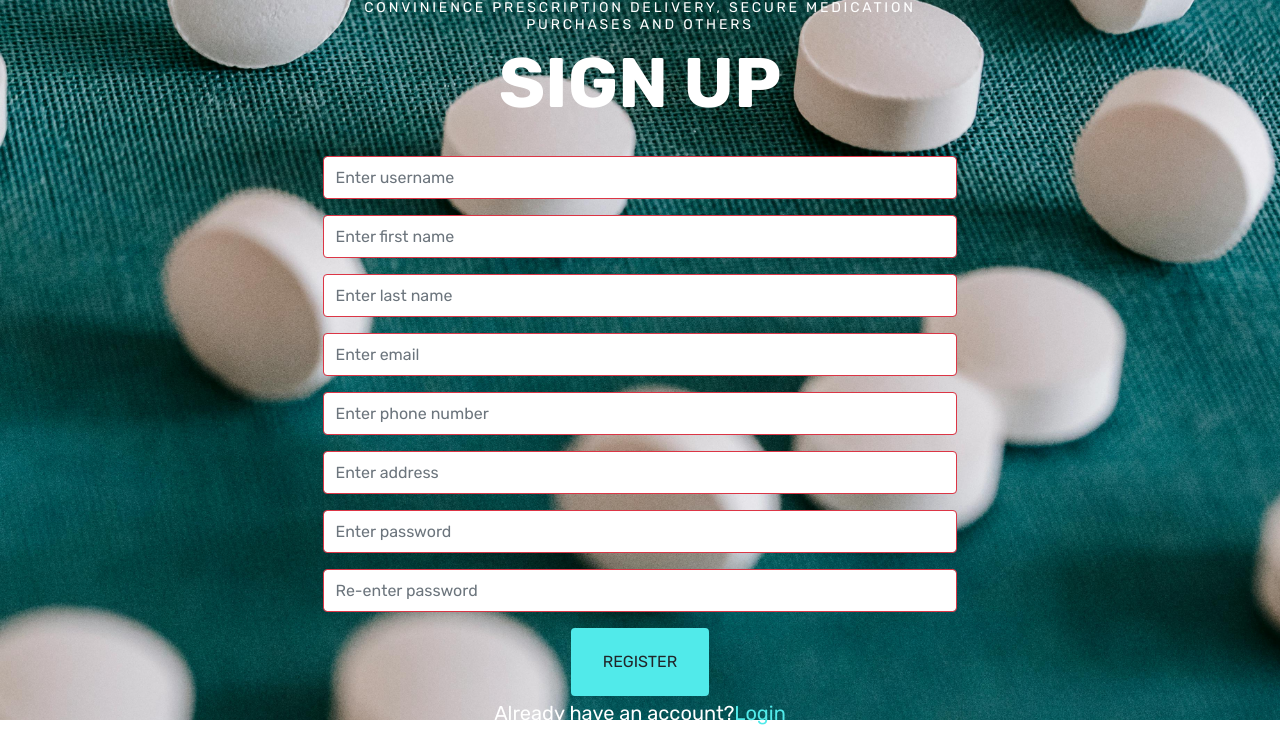
Repository: Argivist/Web-Doctor
Page: http://localhost/login/register.php
These files come from the project's save history. The page is drawn as it stood at one moment and after the next save; the edit follows.
The browser window is 1280 px wide. The pictures show the whole page.
Some web fonts or font styles are not loaded; a fallback is used. The page is run by PHP 8.4 with error messages shown; the project is at /var/www/html/.

Above is the page before, as saved 2024-02-18 18:48:14.

### login/register.php
<!DOCTYPE html>
<html lang="en">

<head>
    <meta charset="UTF-8">
    <meta name="viewport" content="width=device-width, initial-scale=1.0">
    <title>Document</title>
    <link href="https://fonts.googleapis.com/css?family=Rubik:400,700|Crimson+Text:400,400i" rel="stylesheet">
    <link rel="stylesheet" href="fonts/icomoon/style.css">
    <link rel="stylesheet" href="../css/bootstrap.min.css">
    <link rel="stylesheet" href="../css/magnific-popup.css">
    <link rel="stylesheet" href="../css/jquery-ui.css">
    <link rel="stylesheet" href="../css/owl.carousel.min.css">
    <link rel="stylesheet" href="../css/owl.theme.default.min.css">
    <link rel="stylesheet" href="../css/style.css">
    <link rel="stylesheet" href="../css/aos.css">
</head>

<body>
    <div class="site-wrap justify-content-center">

        <div class="site-blocks-cover" style="background-image: url('../img/background/pharmacy_1.jpg');">
            <div class="container">
                <div class="row">
                    <div class="col-lg-7 mx-auto order-lg-2 align-self-center">
                        <div class="site-block-cover-content text-center">
                            <h2 class="sub-title"><?php if (isset($_GET['error'])) {
                                                        echo $_GET['error'];
                                                    } else {
                                                        echo "Convinience Prescription Delivery, Secure Medication Purchases and others";
                                                    } ?></h2>
                            <h1>Sign Up</h1>
                            <form action="../actions/login_user.php" method="POST" class="was-validated">
                                <div class="mb-3 mt-3 ">
                                    <input type="text" class="form-control" id="uname" placeholder="Enter username" name="uname" required>
                                </div>
                                <div class="mb-3">
                                    <!--firstname-->
                                    <input type="text" class="form-control" id="fname" placeholder="Enter first name" name="fname" required>
                                </div>
                                <div class="mb-3">
                                    <input type="text" class="form-control" id="lname" placeholder="Enter last name" name="lname" required>
                                </div>
                                <div class="mb-3">
                                    <input type="email" class="form-control" id="email" placeholder="Enter email" name="email" required>
                                </div>
                                <div class="mb-3">
                                    <input type="text" class="form-control" id="phone" placeholder="Enter phone number" name="phone" required>
                                </div>
                                <div class="mb-3">
                                    <input type="text" class="form-control" id="address" placeholder="Enter address" name="address" required>
                                </div>
                                <div class="mb-3">
                                    <input type="password" class="form-control" id="pwd" placeholder="Enter password" name="passwd" required>
                                </div>
                                <div class="mb-3">
                                    <input type="password" class="form-control" id="pwd" placeholder="Re-enter password" name="passwd" required>
                                </div>
                                <div class="mb-3" style="margin-bottom:30px;">
                                    <button type="submit" class="btn btn-primary">Register</button>
                                    <p>Already have an account?<a href="login.php">Login</a></p>
                                </div>

                            </form>
                        </div>
                    </div>
                </div>

            </div>
</body>

</html>

Loaded but not shown: css/bootstrap.min.css (library); css/magnific-popup.css (library); css/jquery-ui.css (library); css/owl.carousel.min.css (common file); css/owl.theme.default.min.css (common file); css/aos.css (library); css/style.css (1125 lines, source omitted)

After the next save:
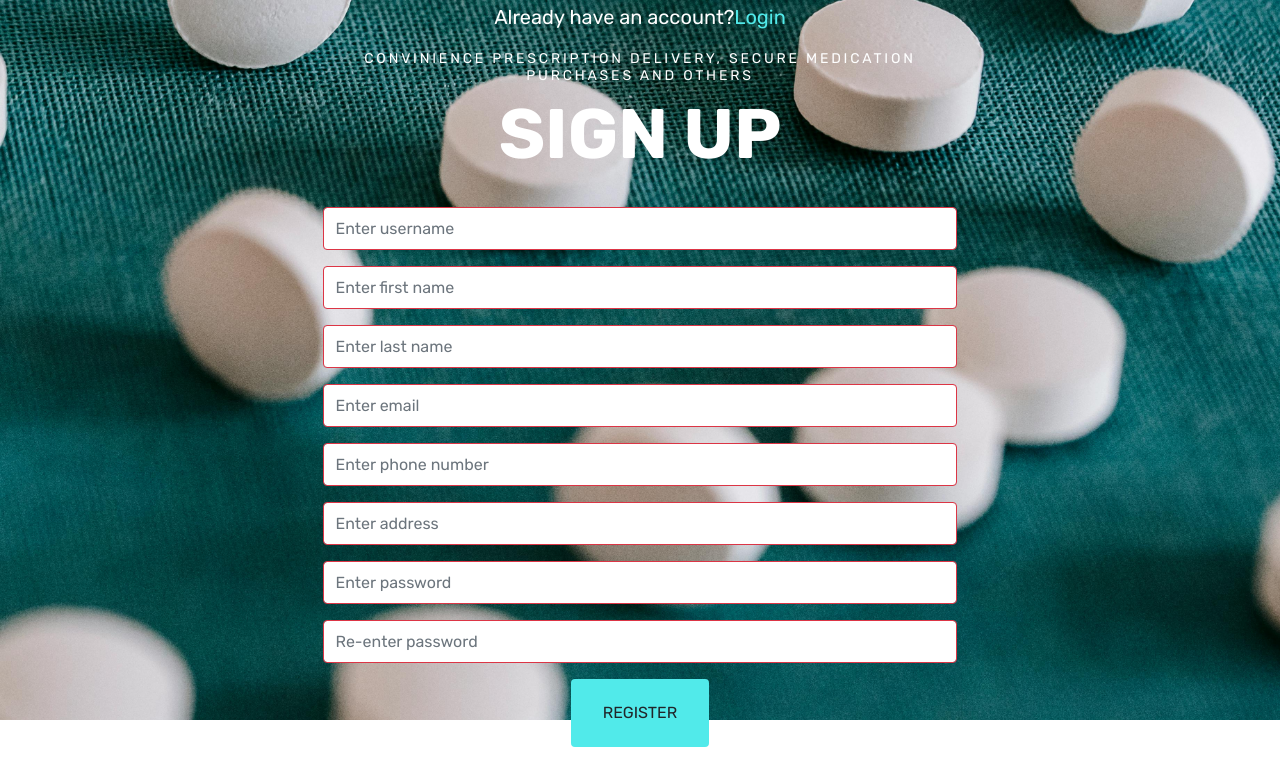
Saved 75 s later.
--- a/login/register.php
+++ b/login/register.php
@@ -24,6 +24,7 @@
                 <div class="row">
                     <div class="col-lg-7 mx-auto order-lg-2 align-self-center">
                         <div class="site-block-cover-content text-center">
+                        <p>Already have an account?<a href="login.php">Login</a></p>
                             <h2 class="sub-title"><?php if (isset($_GET['error'])) {
                                                         echo $_GET['error'];
                                                     } else {
@@ -58,7 +59,7 @@
                                 </div>
                                 <div class="mb-3" style="margin-bottom:30px;">
                                     <button type="submit" class="btn btn-primary">Register</button>
-                                    <p>Already have an account?<a href="login.php">Login</a></p>
+
                                 </div>
 
                             </form>

After the save that followed:
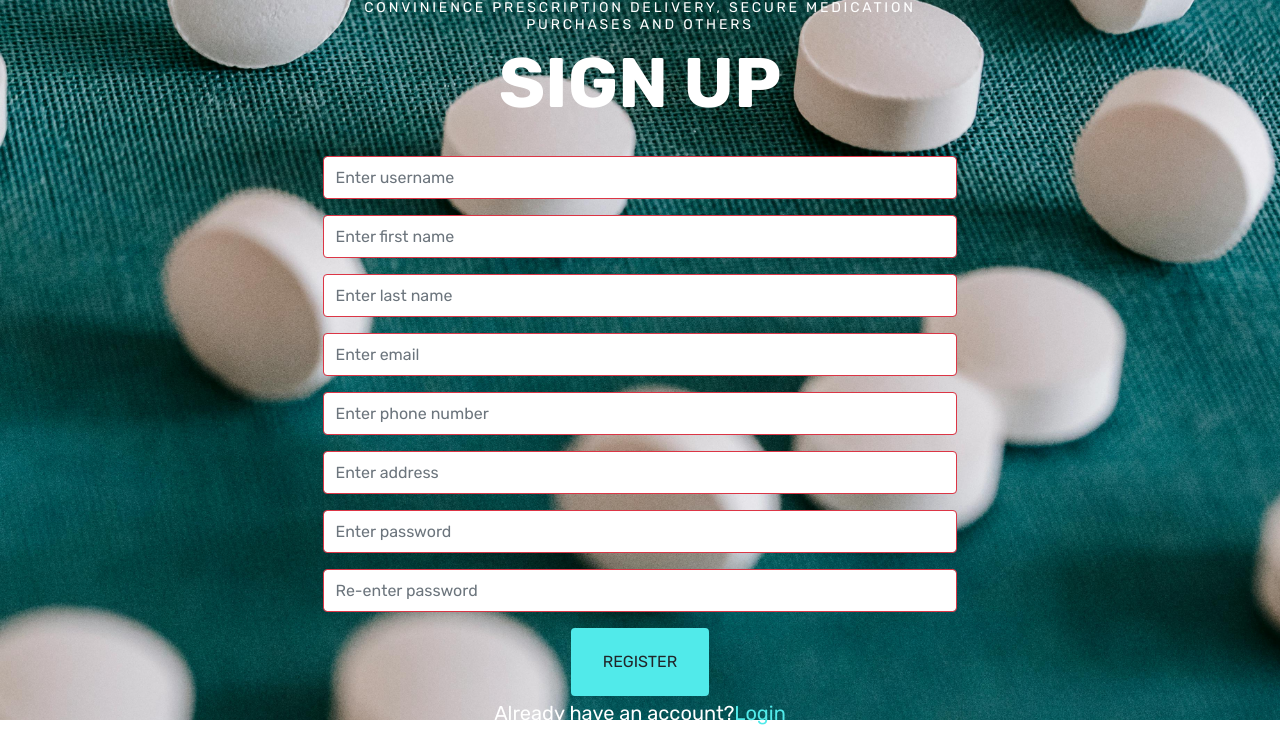
Saved 12 s later.
--- a/login/register.php
+++ b/login/register.php
@@ -24,7 +24,6 @@
                 <div class="row">
                     <div class="col-lg-7 mx-auto order-lg-2 align-self-center">
                         <div class="site-block-cover-content text-center">
-                        <p>Already have an account?<a href="login.php">Login</a></p>
                             <h2 class="sub-title"><?php if (isset($_GET['error'])) {
                                                         echo $_GET['error'];
                                                     } else {
@@ -59,7 +58,7 @@
                                 </div>
                                 <div class="mb-3" style="margin-bottom:30px;">
                                     <button type="submit" class="btn btn-primary">Register</button>
-
+                                    <p>Already have an account?<a href="login.php">Login</a></p>
                                 </div>
 
                             </form>
